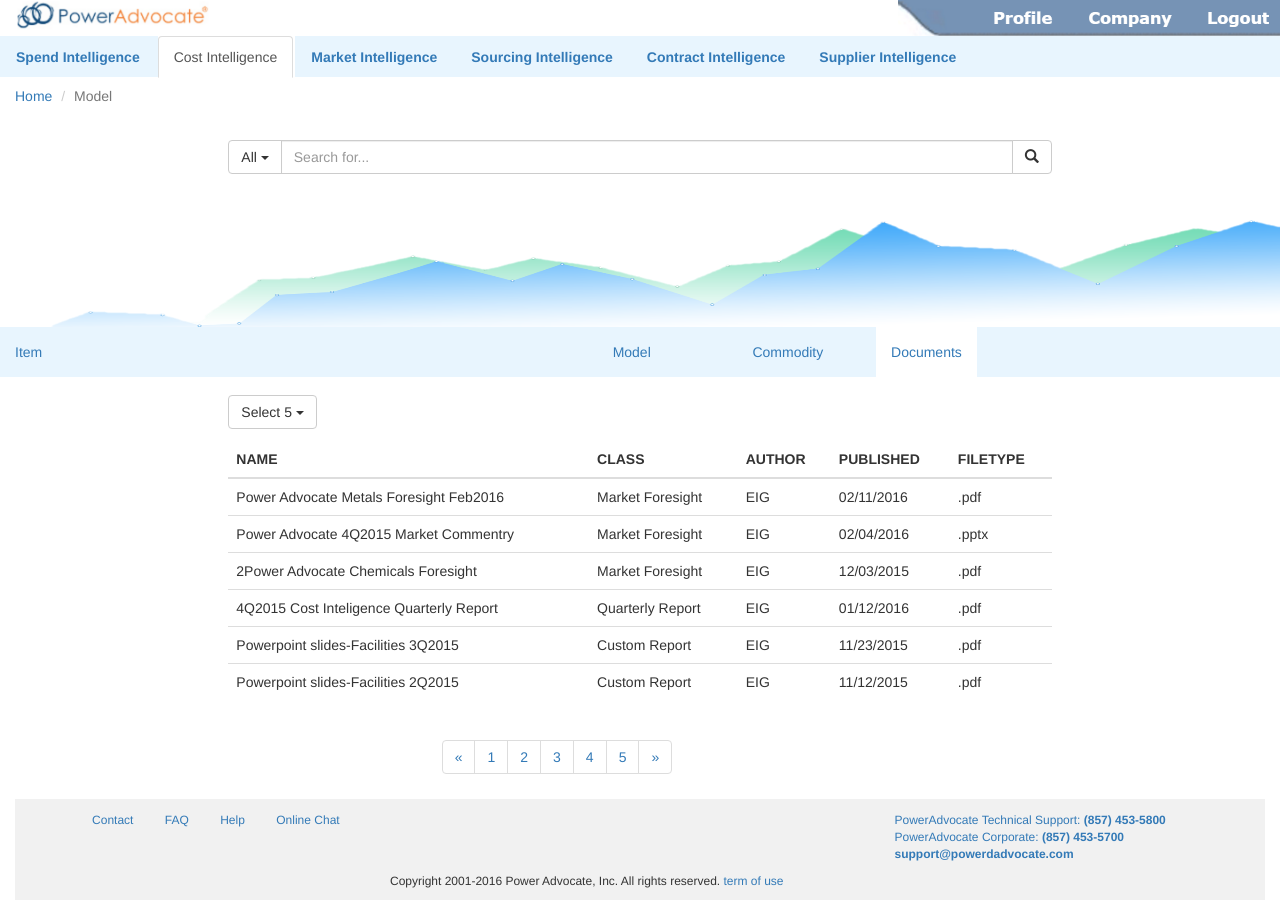
Repository: SamiraMansouri/PowerAdvocate-CostIntelligence-Application-new-Design-using-UserExperience-Method-
Page: http://localhost/PowerAdvocate/WEB-INF/views/Documents.jsp
These files come from the project's save history. The page is drawn as it stood at one moment and after the next save; the edit follows.
The browser window is 1280 px wide. The pictures show the whole page.
The page is served by Tomcat 9. Nobody is signed in. Other server files are loaded and not shown. The template is opened directly, without the code that normally fills it, so the values that code supplies are empty.

Above is the page before, as saved 2016-04-25 05:53:45.

### PowerAdvocate-Prototype/PowerAdvocate/src/main/webapp/WEB-INF/views/Documents.jsp
<!DOCTYPE html>
<html lang="en">
<head>
<title>Documents</title>
<meta charset="utf-8">
<meta name="viewport" content="width=device-width, initial-scale=1">
<link rel="stylesheet"
	href="http://maxcdn.bootstrapcdn.com/bootstrap/3.3.6/css/bootstrap.min.css">
<script
	src="https://ajax.googleapis.com/ajax/libs/jquery/1.12.0/jquery.min.js"></script>
<script
	src="http://maxcdn.bootstrapcdn.com/bootstrap/3.3.6/js/bootstrap.min.js"></script>
</head>
<style>
.nav .navbar-nav>li>a:hover, .navbar-default .navbar-nav>li>a:focus {
	color: #ffff; /*Sets the text hover color on navbar*/
}

.nav .nav-tabs>.active>a, .nav .nav-tabs>.active>a:hover, .nav .nav-tabs>.active>a:focus
	{
	color: black; /*BACKGROUND color for active*/
	background-color: red;
}

.nav {
	background-color: #e8f5fe;
	border-color: white;
}

.nav>li>a:hover, .nav>li>a:focus {
	text-decoration: none;
	background-color: silver; /*Change rollover cell color here*/
}

.navbar-default .navbar-nav>li>a {
	color: white; /*Change active text color here*/
}

.top-buffer {
	margin-top: 3%;
}

.nav .nav-tabs {
	display: inline-block;
	float: none;
	vertical-align: top;
}

.nav .navbar-collapse {
	text-align: center;
}

#bs-example-navbar-collapse-1 {
	padding: 0;
}

lineblue {
	border-bottom: 5pt solid black;
}

.navbar-nav {
	width: 100%;
	text-align: center; > li { float : none;
	display: inline-block;
}

}
.active {
	background-color: #fff;
}

.btn-warning.btn-outline {
	color: #f0ad4e;
}

.btn-warning.btn-outline:hover {
	color: #fff;
}

.btn-outline {
	background-color: transparent;
	color: inherit;
	transition: all .5s;
}

.footer {
	background-color: #F1F1F1;
	padding-top: 1%;
	font-size: 12px;
}

#col1 li {
	display: inline;
	text-decoration: none;
	padding-left: 5%;
}

#col1 ul {
	padding-left: 0;
}

#col2 li {
	text-decoration: none;
	padding-left: 35%;
	list-style-type: none;
}
.image
{
padding-right:0;

}
ul.nav a:hover { background-color: #e8f5fe; font-weight:bold; !important; }
</style>
<body>

	<div class="container-fluid">
		<div class="row">
			<div class="col-md-4 ">
				<img src="resources/img/pa.png" alt="logo"
					style="width: 50%; height: 30%;">
			</div>
			<div class="col-md-8 image">
				<span class="pull-right "> <img src="resources/img/menu.png"
					class="pull-right " alt="logo" style="width: 60%; height: 30%;">
				</span>
			</div>
		</div>

		<!--end of row-->
		<div class="row">
			<ul class="nav nav-tabs">
				<li role="presentation"><a href="#"><b>Spend
							Intelligence</b></a></li>
				<li role="presentation" class="active"><a href="#">Cost
						Intelligence</a></li>
				<li role="presentation"><a href="#"><b>Market
							Intelligence</b></a></li>
				<li role="presentation"><a href="#"><b>Sourcing
							Intelligence</b></a></li>
				<li role="presentation"><a href="#"><b>Contract
							Intelligence</b></a></li>
				<li role="presentation"><a href="#"><b>Supplier
							Intelligence</b></a></li>
			</ul>
		</div>
		<!--end of row-->

		<div class="row">
			<ol class="breadcrumb"
				style="margin-bottom: 2%; background-color: #fff;">
				<li><a href="/prototype/home">Home</a></li>
				<li class="active">Model</li>
			</ol>
		</div>
		<!-- bread crumb -->

		<div class="row">
			<div class="col-lg-2"></div>
			<div class="col-lg-8">
				<div class="input-group">
					<div class="input-group-btn">
						<button type="button" class="btn btn-default dropdown-toggle"
							data-toggle="dropdown" aria-haspopup="true" aria-expanded="false">
							All <span class="caret"></span>
						</button>
						<ul class="dropdown-menu">
							<li><a href="#">All</a></li>
							<li role="separator" class="divider"></li>
							<li><a href="#">Model</a></li>
							<li><a href="#">Item</a></li>
							<li><a href="#">Commodity</a></li>
						</ul>
					</div>
					<!-- btn-group -->

					<input type="text" class="form-control" placeholder="Search for..." />
					<span class="input-group-btn">
						<button class="btn btn-default" type="button">
							<span class="glyphicon glyphicon-search" aria-hidden="true"></span>
						</button>
					</span>
				</div>
				<!-- /input-group -->
			</div>
			<!-- lg-8 -->
			<div class="col-lg-2"></div>
		</div>
		<!-- /row -->

		<div class="row">
			<div class="col-md-12 image">
				<img  src="resources/img/background_less.png" alt="logo"
					style="width: 100%; height: 115px; margin-top:3%;">
			</div>
		</div>
		<!-- row -->

		<div class="row">
			<div class=" collapse navbar-collapse "
				id="bs-example-navbar-collapse-1">
				<ul class="nav navbar-nav">
				<li><a href="#"></a></li>
				<li><a href="#"></a></li>
				<li><a href="#"></a></li>
				<li><a href="#"></a></li>
				<li><a href="#"></a></li>
				<li><a href="#"></a></li>
				<li><a href="#"></a></li>
				<li><a href="#"></a></li>
					<li ><a href="/prototype/home" >Model</a></li>
									<li><a href="#"></a></li>
					<li class="pull-left"><a href="/prototype/Item">Item</a></li>
									<li><a href="#"></a></li>
					<li><a href="/prototype/Commodity">Commodity</a></li>
									<li><a href="#"></a></li>
					<li class="active"><a href="#">Documents</a></li>
									<li><a href="#"></a></li>
				</ul>
			</div>
			<!-- /.navbar-collapse -->
		</div>

		 <div class="row " >
    	<div class="col-md-2"></div>
    	<div class="col-md-2">
    		  <div class="dropdown pull-left" style="margin-top:10%;">
  						<button class="btn btn-default dropdown-toggle" type="button" id="dropdownMenu2" data-toggle="dropdown" aria-haspopup="true" aria-expanded="false">
    							Select 5
    						<span class="caret"></span>
  						</button>
  							<ul class="dropdown-menu" aria-labelledby="dropdownMenu2">
    							<li><a href="#">Select 5</a></li>
    							<li><a href="#">Select 10</a></li>
    							<li><a href="#">Select 50</a></li>
    							<li><a href="#">Select 100</a></li>
  							</ul>
			   </div>
    	</div>
    </div>

    <div class="row" style="margin-top:1%;">
    	<div class="col-sm-2"></div>
    	<div class="col-sm-8">
    		<table class="table table-hover">
    					<thead>
      						<tr>
        						<th>NAME</th>
                    <th>CLASS</th>
        						<th>AUTHOR </th>
        						<th>PUBLISHED</th>
                    <th>FILETYPE</th>
      						</tr>
    					</thead>
    					<tbody>
      							<tr>
        							<td>Power Advocate Metals Foresight Feb2016</td>
                      <td>Market Foresight</td>
        							<td>EIG </td>
        							<td>02/11/2016</td>
                      <td>.pdf</td>
      							</tr>
      							<tr>
        							<td>Power Advocate 4Q2015 Market Commentry</td>
                      <td>Market Foresight</td>
        							<td>EIG </td>
        							<td>02/04/2016</td>
                      <td>.pptx</td>
      							</tr>
      							<tr>
        							<td>2Power Advocate Chemicals Foresight </td>
                      <td>Market Foresight</td>
        							<td>EIG </td>
        							<td>12/03/2015</td>
                      <td>.pdf</td>
      							</tr>
      							<tr>
        							<td>4Q2015 Cost Inteligence Quarterly Report</td>
                      <td>Quarterly Report</td>
                      <td>EIG </td>
        							<td>01/12/2016</td>
                      <td>.pdf</td>
      							</tr>
      							<tr>
        							<td>Powerpoint slides-Facilities 3Q2015</td>
                      <td>Custom Report</td>
        							<td>EIG </td>
        							<td>11/23/2015</td>
                      <td>.pdf</td>
      							</tr>
                    <tr>
                      <td>Powerpoint slides-Facilities 2Q2015</td>
                      <td>Custom Report</td>
                      <td>EIG </td>
                      <td>11/12/2015</td>
                      <td>.pdf</td>
                    </tr>
    					</tbody>
    			</table>
    	</div>
    </div>
	<!-- pagination -->
	<div class="row">
		<div class="col-md-2"></div>
		<div class="col-md-2"></div>
		<div class="col-md-8 ">
			<nav>
				<ul class="pagination">
					<li><a href="#" aria-label="Previous"> <span
							aria-hidden="true">&laquo;</span>
					</a></li>
					<li><a href="#">1</a></li>
					<li><a href="#">2</a></li>
					<li><a href="#">3</a></li>
					<li><a href="#">4</a></li>
					<li><a href="#">5</a></li>
					<li><a href="#" aria-label="Next"> <span
							aria-hidden="true">&raquo;</span>
					</a></li>
				</ul>
			</nav>
		</div>
	</div>
	<!--pagination-->
	<!--footer-->
	<div class="footer">
		<div class="row ">
			<div class="col-md-6" id="col1" style="padding-left: 5%;">
				<ul>
					<li><a src="#"> Contact</a></li>
					<li><a src="#"> FAQ </a></li>
					<li><a src="#"> Help</a></li>
					<li><a src="#"> Online Chat</a></li>
				</ul>
			</div>

			<div class="col-md-6" id="col2">
				<ul>
					<li><a src="#"> PowerAdvocate Technical Support:<b> (857)
							453-5800</b></a></li>
					<li><a src="#"> PowerAdvocate Corporate: <b>(857) 453-5700 </b></a></li>
					<li><a src="#"><b>support@powerdadvocate.com</b> </a></li>
				</ul>
			</div>
		</div>
		<div class="row">
			<div class="col-md-12">
				<p style="padding-left: 30%;">
					Copyright 2001-2016 Power Advocate, Inc. All rights reserved.<a
						src="#"> term of use </a>
				</p>
			</div>
		</div>
	</div>
	<!-- end of footer-->


	</div>
</body>
</html>

After the next save:
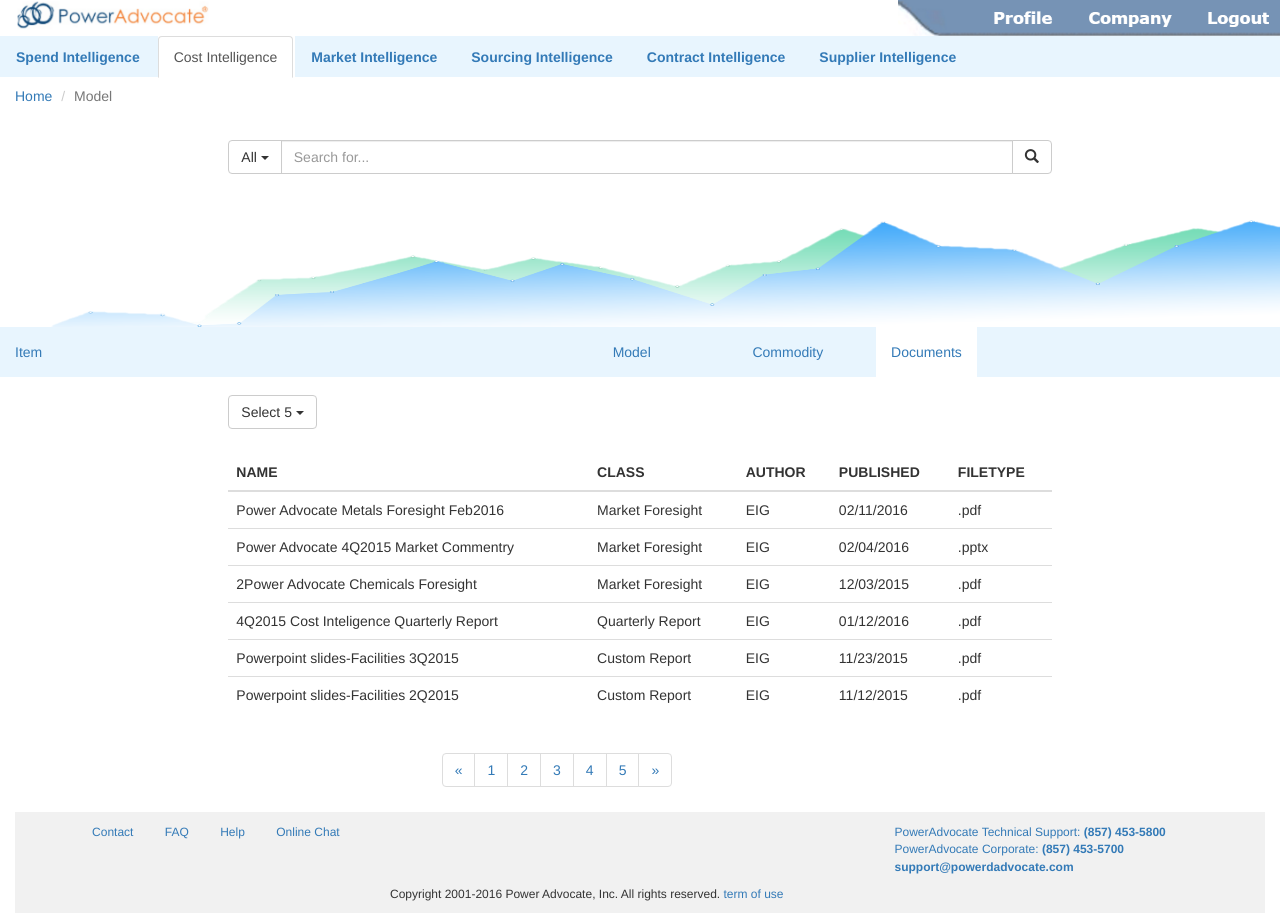
Saved 20 s later.
--- a/PowerAdvocate-Prototype/PowerAdvocate/src/main/webapp/WEB-INF/views/Documents.jsp
+++ b/PowerAdvocate-Prototype/PowerAdvocate/src/main/webapp/WEB-INF/views/Documents.jsp
@@ -238,7 +238,7 @@
     	</div>
     </div>
 
-    <div class="row" style="margin-top:1%;">
+    <div class="row" style="margin-top:2%;">
     	<div class="col-sm-2"></div>
     	<div class="col-sm-8">
     		<table class="table table-hover">
